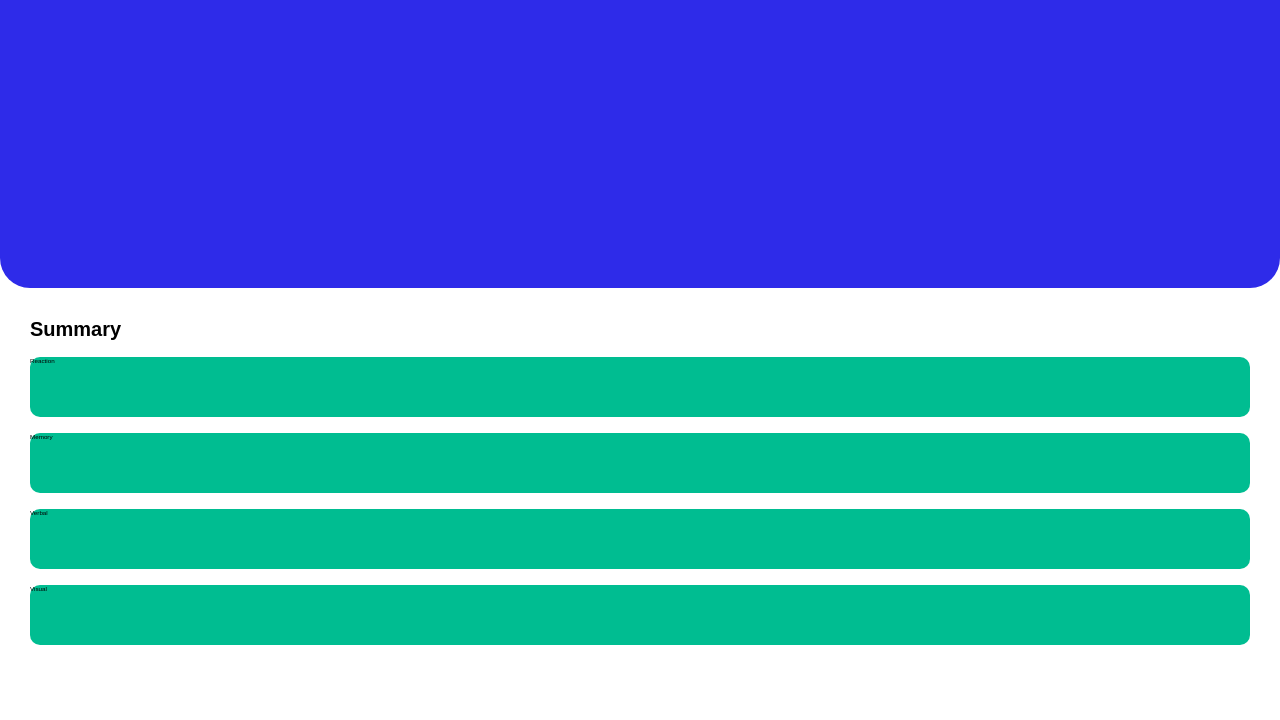
Repository: limaneto/frontend-mentor-results-summary
Page: index.html
An editor plug-in stored every save of this project. The page is shown before and after the next save, followed by the edit.
The browser window is 1280 px wide. The pictures show the whole page.

Above is the page before, as saved 2023-11-06 01:27:52.

After the next save:
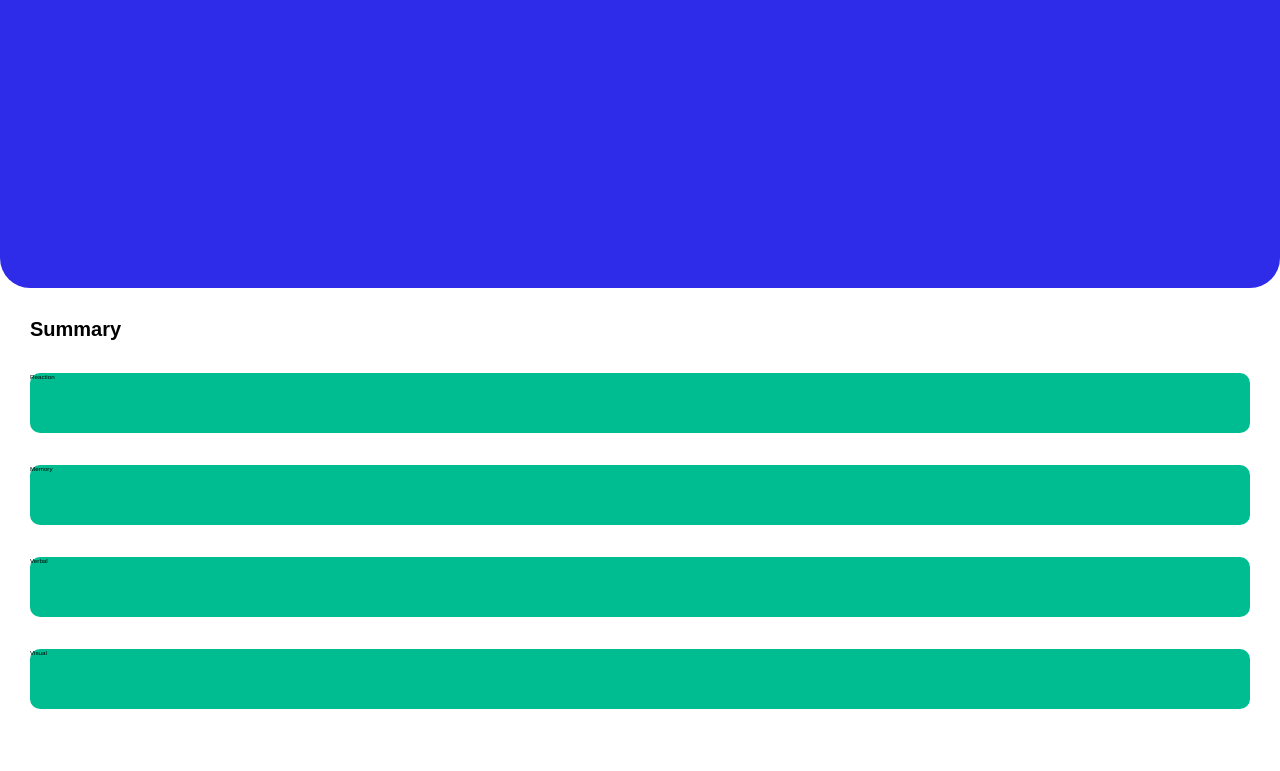
Saved 22 s later.
--- a/style.css
+++ b/style.css
@@ -60,5 +60,5 @@ summary > ul > li {
   height: 60px;
   border-radius: 10px;
   background-color: #00bd91;
-  margin: 16px 0;
+  margin: 32px 0;
 }
